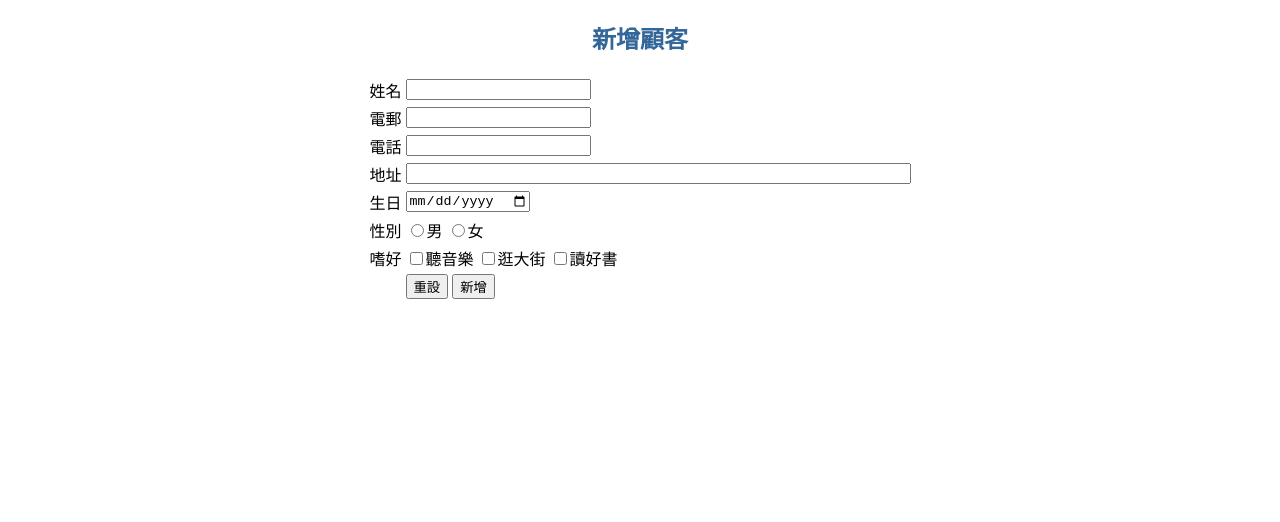
Repository: stanleydk4/JAVA_EE
Page: http://localhost/myWeb/customer/ccController.do
These files come from the project's save history. The page is drawn as it stood at one moment and after the next save; the edit follows.
The browser window is 1280 px wide. The pictures show the whole page.
The page is served by Tomcat 10. Other server files are loaded and not shown.

Above is the page before, as saved 2024-09-20 02:18:34.

### myWeb/src/main/webapp/customer/createCustomer.jsp
<%@page import="java.util.LinkedList"%>
<%@ page language="java" contentType="text/html; charset=UTF-8"
    pageEncoding="UTF-8"%>
<!DOCTYPE html>
<html>
<head>
<meta charset="UTF-8">
<title>新增顧客</title>
<link href ="<%= request.getContextPath() %>/style/myStyle.css" rel="stylesheet"></link>
</head>
<body>
	<h2>新增顧客</h2>
	<%-- Start Error Report --%>
	<% LinkedList<String> errors = (LinkedList<String>)request.getAttribute("errors"); %>



	<form action="ccController.do" method="get">
		<table border="0" style="margin:auto; text-align: Left">
			<tbody>
				<tr>
					<td>姓名</td><td><input type="text" name="name" value = "${ param.name}"/></td>
				</tr>
				<tr>
					<td>電郵</td><td><input type="email" name="email" value = "${ param.email}"/></td>
				</tr>
				<tr>
					<td>電話</td><td><input type="text" name="phone" value = "${ param.phone}"/></td>
				</tr>
				<tr>
					<td>地址</td><td><input type="text" name="address" size="60"/ value = "${ param.address}"></td>
				</tr>
				<tr>
					<td>生日</td><td><input type="date" name="birth" value="${param.birth }" /></td>
				</tr>
				<tr>
					<td>性別</td>
					<td>
						<input type="radio" name="gender" value="male"/>男
						<input type="radio" name="gender" value="female"/>女
					</td>
				</tr>
				<tr>
					<td>嗜好</td>
					<td>
						<input type="checkbox" name="habit" value="music"/>聽音樂
						<input type="checkbox" name="habit" value="shopping"/>逛大街
						<input type="checkbox" name="habit" value="reading"/>讀好書
					</td>
				</tr>
				<tr>
					<td></td>
					<td>
						<input type="reset" value="重設"/>
						<input type="submit" value="新增"/>
					</td>
				</tr>
			</tbody>
		</table>
	</form>
</body>
</html>

### myWeb/src/main/java/com/systex/controller/CreateCustomerCintroller.java
package com.systex.controller;

import jakarta.servlet.RequestDispatcher;
import jakarta.servlet.ServletException;
import jakarta.servlet.annotation.WebServlet;
import jakarta.servlet.http.HttpServlet;
import jakarta.servlet.http.HttpServletRequest;
import jakarta.servlet.http.HttpServletResponse;
import java.io.IOException;
import java.util.LinkedList;

/**
 * Servlet implementation class CreateCustomerCintroller
 */
public class CreateCustomerCintroller extends HttpServlet {
	private static final long serialVersionUID = 1L;

    /**
     * @see HttpServlet#HttpServlet()
     */
    public CreateCustomerCintroller() {
        super();
        // TODO Auto-generated constructor stub
    }

	/**
	 * @see HttpServlet#doGet(HttpServletRequest request, HttpServletResponse response)
	 */
	protected void doGet(HttpServletRequest request, HttpServletResponse response) throws ServletException, IOException {
		// TODO Auto-generated method stub
		//response.getWriter().append("Served at: ").append(request.getContextPath());
		request.setCharacterEncoding("UTF-8");
		RequestDispatcher view;
		LinkedList<String> errorMsgs = new LinkedList<>();
		request.setAttribute("errors", errorMsgs);

		//1. Retrieve From Data
		String name = request.getParameter("name");
		String email = request.getParameter("email");
		String phone = request.getParameter("phone");
		String address = request.getParameter("address");
		String birth = request.getParameter("birth");
		String gender = request.getParameter("gender");
		String[] habits = request.getParameterValues("habit");

		//2. Convert From Data
		//3. Validate From Data
		if(name == null || name.trim().isEmpty()) {
			errorMsgs.add("姓名欄位必須填寫");
		}
		if(email == null || email.trim().isEmpty()) {
			errorMsgs.add("電郵欄位必須填寫");
		}
		if(phone == null || phone.trim().isEmpty()) {
			errorMsgs.add("電話欄位必須填寫");
		}
		if(address == null || address.trim().isEmpty()) {
			errorMsgs.add("地址欄位必須填寫");
		}
		if(birth == null || birth.trim().isEmpty()) {
			errorMsgs.add("請挑選您的生日");
		}
		if(gender == null) {
			errorMsgs.add("請挑選您的性別");
		}
		if(habits == null) {
			errorMsgs.add("請至少勾選一項興趣");
		}

		if(!errorMsgs.isEmpty()) {
			view = request.getRequestDispatcher("createCustomer.jsp");
			view.forward(request, response);
			return;//把控制權還給Container
		}
		//4. Invoke Biz Logic
		//5. Select next View
	}

	/**
	 * @see HttpServlet#doPost(HttpServletRequest request, HttpServletResponse response)
	 */
	protected void doPost(HttpServletRequest request, HttpServletResponse response) throws ServletException, IOException {
		// TODO Auto-generated method stub
		doGet(request, response);
	}

}

### myWeb/src/main/webapp/style/myStyle.css
@charset "UTF-8";
body {
	text-align: center;
	margin: auto;
}
h1,h2 {
	color:#369;
}

After the next save:
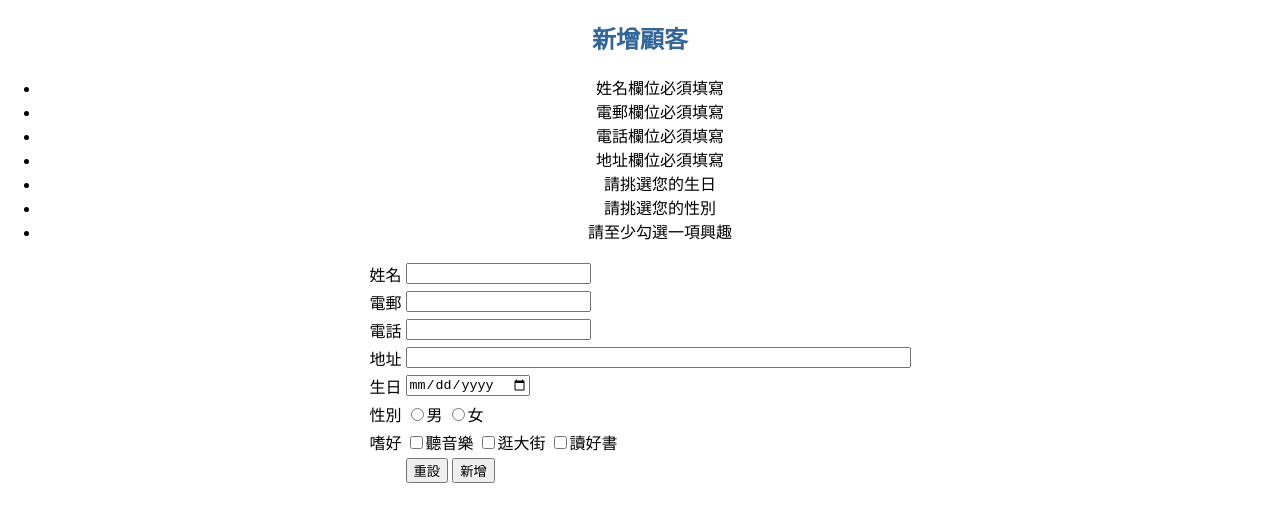
Saved 2 min 17 s later.
--- a/myWeb/src/main/webapp/customer/createCustomer.jsp
+++ b/myWeb/src/main/webapp/customer/createCustomer.jsp
@@ -12,8 +12,13 @@
 	<h2>新增顧客</h2>
 	<%-- Start Error Report --%>
 	<% LinkedList<String> errors = (LinkedList<String>)request.getAttribute("errors"); %>
-
-
+	<% if(errors != null){ %>
+		<ul>
+			<% for(String error:errors){ %>
+				<li><%= error %>
+			<% } %>
+		</ul>
+	<% } %>
 
 	<form action="ccController.do" method="get">
 		<table border="0" style="margin:auto; text-align: Left">
